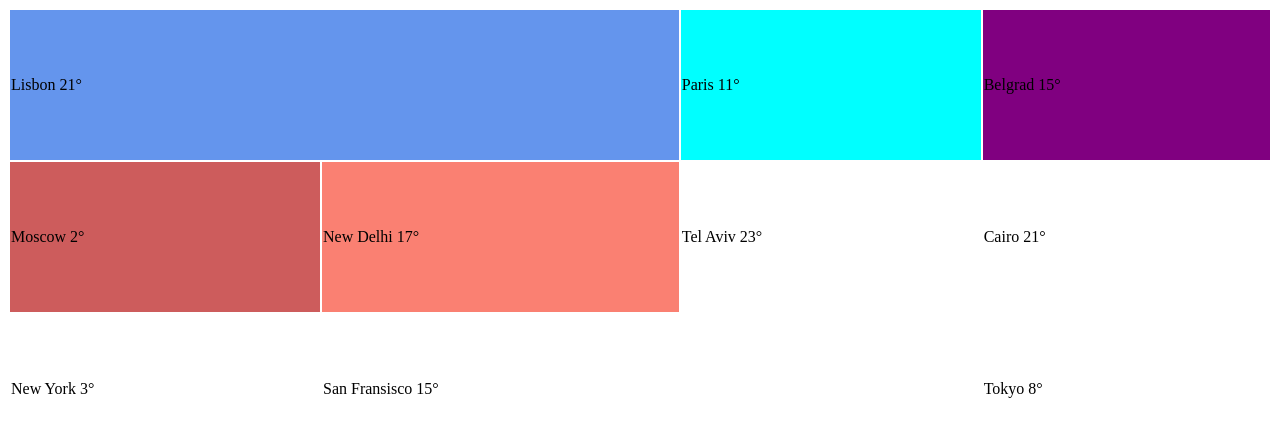
Repository: aysedo/html
Page: Week_2/index.html
An editor plug-in stored every save of this project. The page is shown before and after the next save, followed by the edit.
The browser window is 1280 px wide. The pictures show the whole page.

Above is the page before, as saved 2021-08-24 14:39:47.

### Week_2/index.html
<!DOCTYPE html>
<html lang="en">
  <head>
    <meta charset="UTF-8" />
    <meta http-equiv="X-UA-Compatible" content="IE=edge" />
    <meta name="viewport" content="width=device-width, initial-scale=1.0" />
    <title>Document</title>
  </head>
  <body>
    <table width="100%">
      <tr height="150">
        <td colspan="2" bgcolor="cornflowerblue"> Lisbon 21° </td>
        <td bgcolor="Aqua"> Paris 11° </td>
        <td bgcolor="Purple">Belgrad 15°</td>
      </tr>
      <tr height="150">
        <td bgcolor="Indianred"> Moscow 2° </td>
        <td bgcolor="Salmon"> New Delhi 17° </td>
        <td bgcolor=""> Tel Aviv 23°</td>
        <td> Cairo 21° </td>
      </tr>
      <tr height="150">
        <td> New York 3°</td>
        <td colspan="2"> San Fransisco 15° </td>
        <td> Tokyo 8° </td>
      </tr>
    </table>
  </body>
</html>

After the next save:
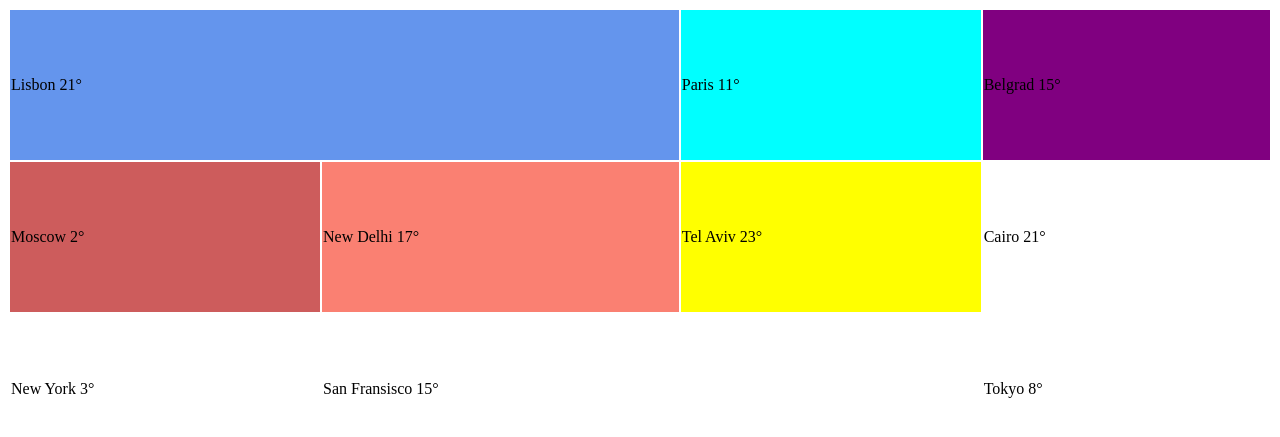
Saved 64 s later.
--- a/Week_2/index.html
+++ b/Week_2/index.html
@@ -16,7 +16,7 @@
       <tr height="150">
         <td bgcolor="Indianred"> Moscow 2° </td>
         <td bgcolor="Salmon"> New Delhi 17° </td>
-        <td bgcolor=""> Tel Aviv 23°</td>
+        <td bgcolor="Yellow"> Tel Aviv 23°</td>
         <td> Cairo 21° </td>
       </tr>
       <tr height="150">
